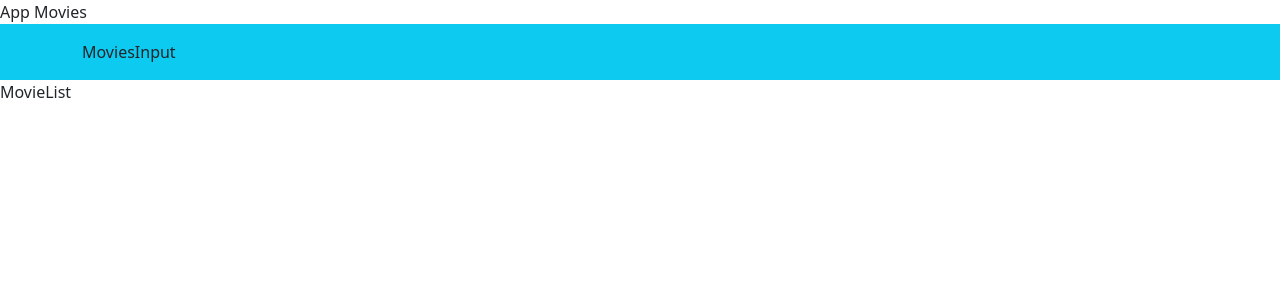
Repository: saargold/reactTest
Page: /movies
The author's editor kept a copy of each file at every save. The page is drawn from the files as they stood at one save, then again after the next save.
The browser window is 1280 px wide. The pictures show the whole page.
The project was rebuilt for these pictures with package versions that can differ from the ones it lists, and the page was loaded fresh each time. Also part of the build but not shown: src/App.css, src/api/Apicomp.js.

Above is the page before, as saved 2022-09-07 12:44:44.

### src/App.js
import logo from './logo.svg';
import './App.css';
import Apicomp from './api/Apicomp';
import AppMovies from './components/AppMovies';
function App() {
  return (
    <div className="App">
    {/* <Apicomp/> */}
    <AppMovies/>
    </div>
  );
}

export default App;

### src/components/AppMovies.js
import React from 'react'
import { MoviesInput } from '../input/MoviesInput'
import { MovieList } from './MovieList'

function AppMovies() {
  return (
    <div>
      App Movies
      <MoviesInput/>
      <MovieList/>
    </div>
  )
}

export default AppMovies

### src/input/MoviesInput.js
import React from 'react'

export const MoviesInput = (props) => {
  return (
    <div className='container-fluid bg-info p-3'>
    <div className='container'>

    MoviesInput
    </div>


    </div>
  )
}

### src/components/MovieList.js
import React from 'react'

export const MovieList = (props) => {
  return (
    <div>MovieList</div>
  )
}

Loaded but not shown: public/index.html (common file); src/index.js (common file); src/index.css (common file); src/reportWebVitals.js (common file)

After the next save:
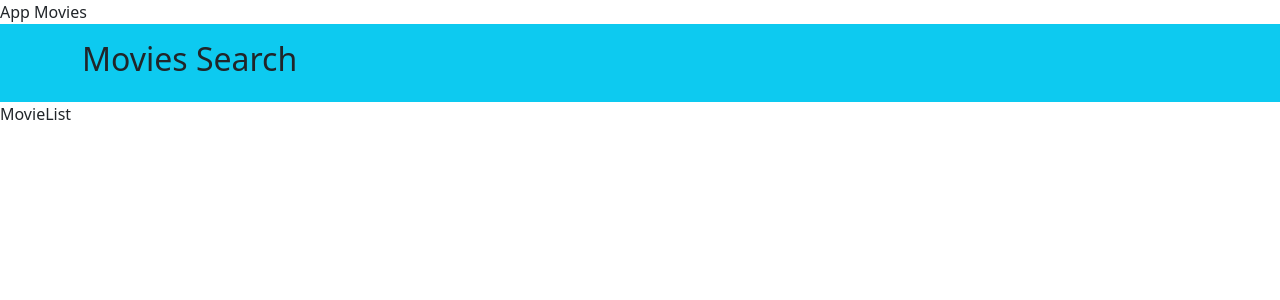
Saved 32 s later.
--- a/src/input/MoviesInput.js
+++ b/src/input/MoviesInput.js
@@ -4,8 +4,12 @@ export const MoviesInput = (props) => {
   return (
     <div className='container-fluid bg-info p-3'>
     <div className='container'>
+    <div className="row">
+        <div className='col-lg-4'>
+            <h2>Movies Search</h2>
+        </div>
+    </div>
 
-    MoviesInput
     </div>
 
 
